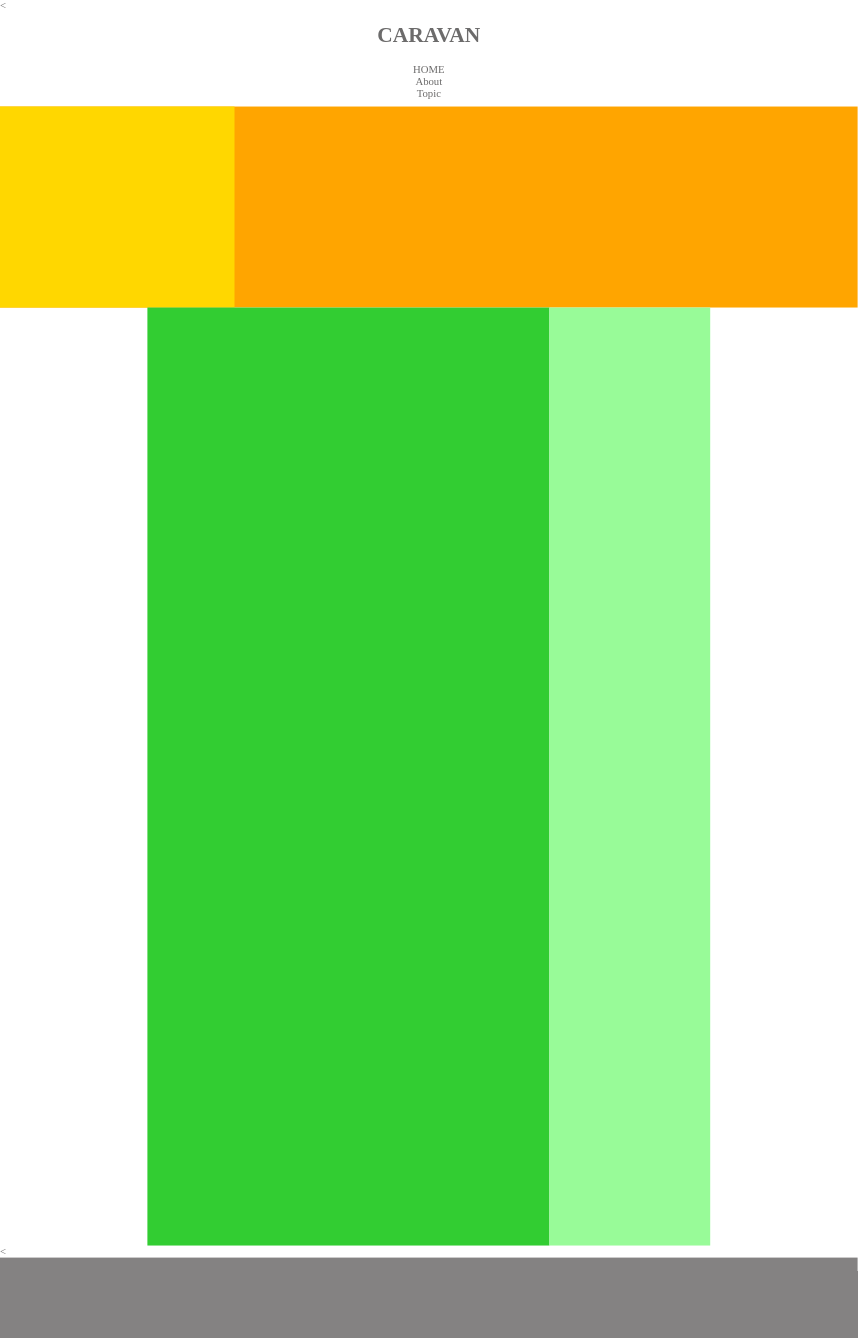
Repository: YabuYoshi/Bookers1
Page: carvan/index.html
The author's editor kept a record of every edit. The page is drawn from the files as they stood at one moment, then again after the next edit.
The browser window is 1280 px wide. The pictures show the whole page, at 67% of full size.

Above is the page before.

### carvan/index.html
<!DOCTYPE html>
<html lang="ja">
  <head>
    <meta charset="UTF-8" />
    <!-- CSSファイルの読み込み -->
    <link rel="stylesheet" href="style.css" />
    <title>CARAVAN</title>
  </head>

  <body>
    <<header>
      <h1 class="heading">
        <a href="index.html">
          CARAVAN
        </a>
      </h1>
    </header>

    <nab>
      <ul class="nav-list">
        <li class="nav-list-item">
          <a href="index.html">HOME</a>
        </li>
        <li class="nav-list-item">About</li>
        <li class="nav-list-item">Topic</li>
      </ul>
    </nab>

    <div class="main-visual">
      <div class="main-visual-content"></div>
    </div>
    <div class="main">
      <div class="blog"></div>
      <div class="sidebar"></div>
    </div>
    <<footer>

    </footer>

  </body>
</html>

### carvan/style.css
* {
  margin: 0;
  padding: 0;
  box-sizing: border-box;
  color: #6c6b6b;
}

a {
  text-decoration: none;
}

header {
  width: 90%;
  padding: 15px 0;
  margin: 0 auto;
  text-align: center;
}

header .heading {
  font-size: 32px;
}

.nav-list {
  text-align: center;
  padding: 10px 0;
  margin: 0 auto;
}

.navi-list-item {
  list-style: none;
  display: inline-block;
  margin: 0 20px;
}

.main-visual {
  width: 100%;
  height: 300px;
  background-color: orange;
}

.main-visual-content {
  width: 350px;
  height: 300px;
  background-color: gold
}

.main {
  width: 840px;
  display: flex;
  justify-content: center;
  margin: 0 auto;
}

.blog {
  width: 600px; /* 横幅600px */
  height: 1400px; /* 高さ1400px */
  background-color: limegreen; /* 背景色limegreen */
}

.sidebar {
  width: 240px; /* 横幅240px */
  height: 1400px; /* 高さ1400px */
  background-color: palegreen; /* 背景色palegreen */
}

footer{
  width: 100%;
  height: 120px;
  text-align: center;
  line-height: 120px;
  background-color: #848282;
}

.footer-text {
  color: #fff;
}

After the next edit:
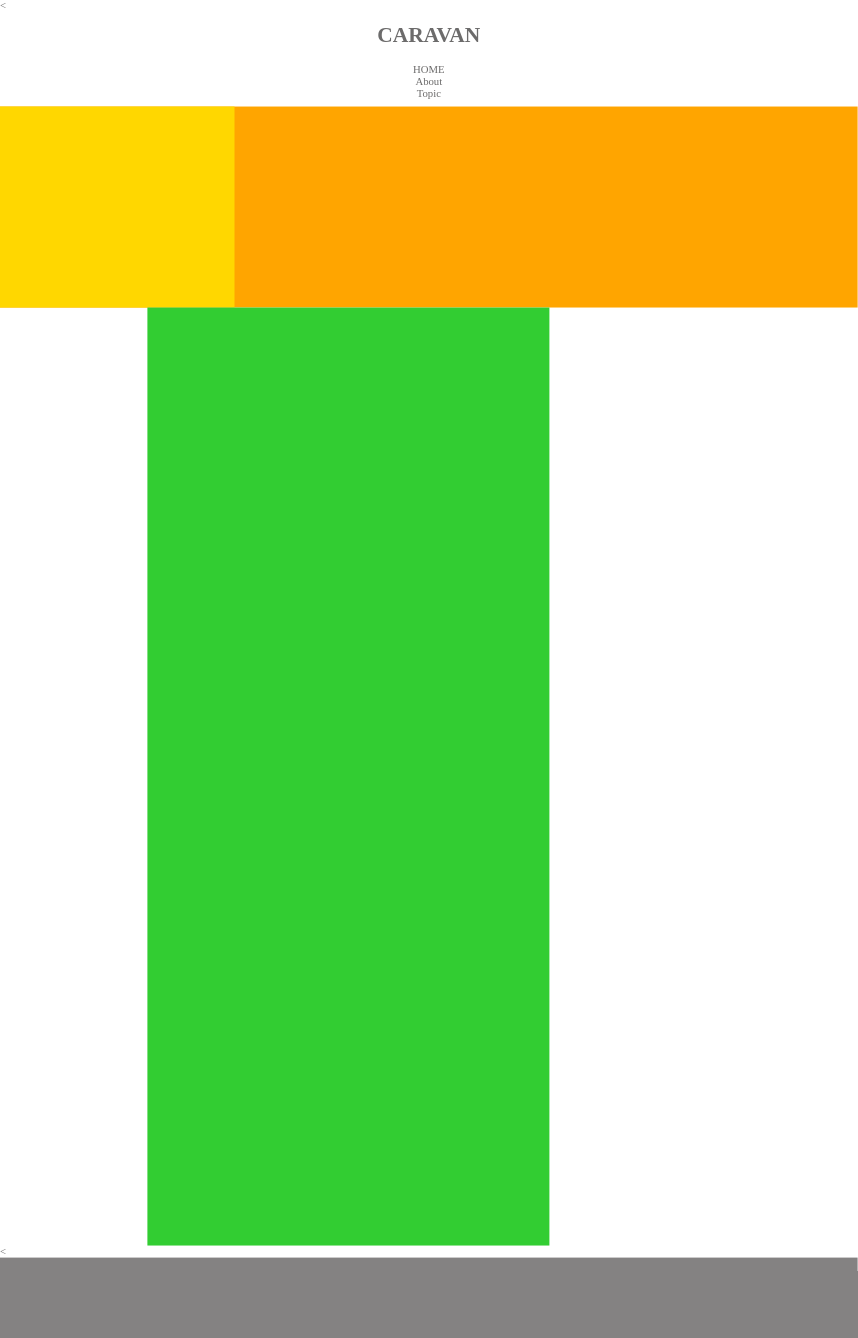
The edit:
--- a/carvan/style.css
+++ b/carvan/style.css
@@ -60,7 +60,6 @@
 .sidebar {
   width: 240px; /* 横幅240px */
   height: 1400px; /* 高さ1400px */
-  background-color: palegreen; /* 背景色palegreen */
 }
 
 footer{
